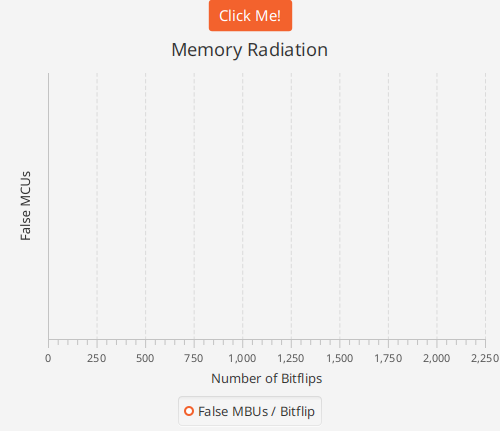
Repository: jalguacilgon/TFG-MemoryRadiation-JesusAlguacilGonzalez
Program's window: java TFG/MemoryRadiation/src/linechart/Memory.java
The author's editor kept a copy of each file at every save. The program's window is drawn from the files as they stood at one save, then again after the next save.
It runs on Java 21 on a 1366 x 768 screen with JavaFX 11; the title bar is not drawn.

Above is the program's window before, as saved 2021-09-07 19:03:12.

After the next save:
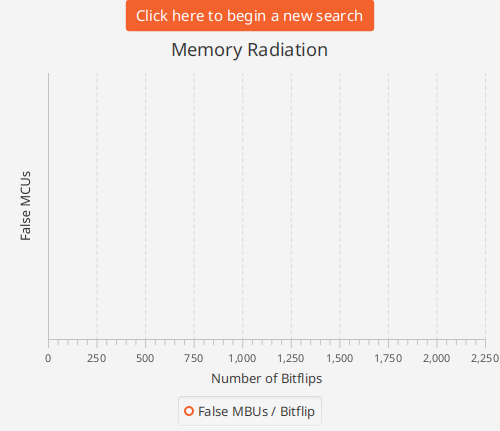
Saved 69 s later.
--- a/TFG/MemoryRadiation/src/linechart/Memory.java
+++ b/TFG/MemoryRadiation/src/linechart/Memory.java
@@ -59,7 +59,7 @@
         StackPane spLineChart = new StackPane();
         spLineChart.getChildren().add(lineChart);
 
-        Button button = new Button("Click Me!");
+        Button button = new Button("Click here to begin a new search");
         button.setOnMouseClicked((event)->{
             SceneController sc = new SceneController();
             try {
